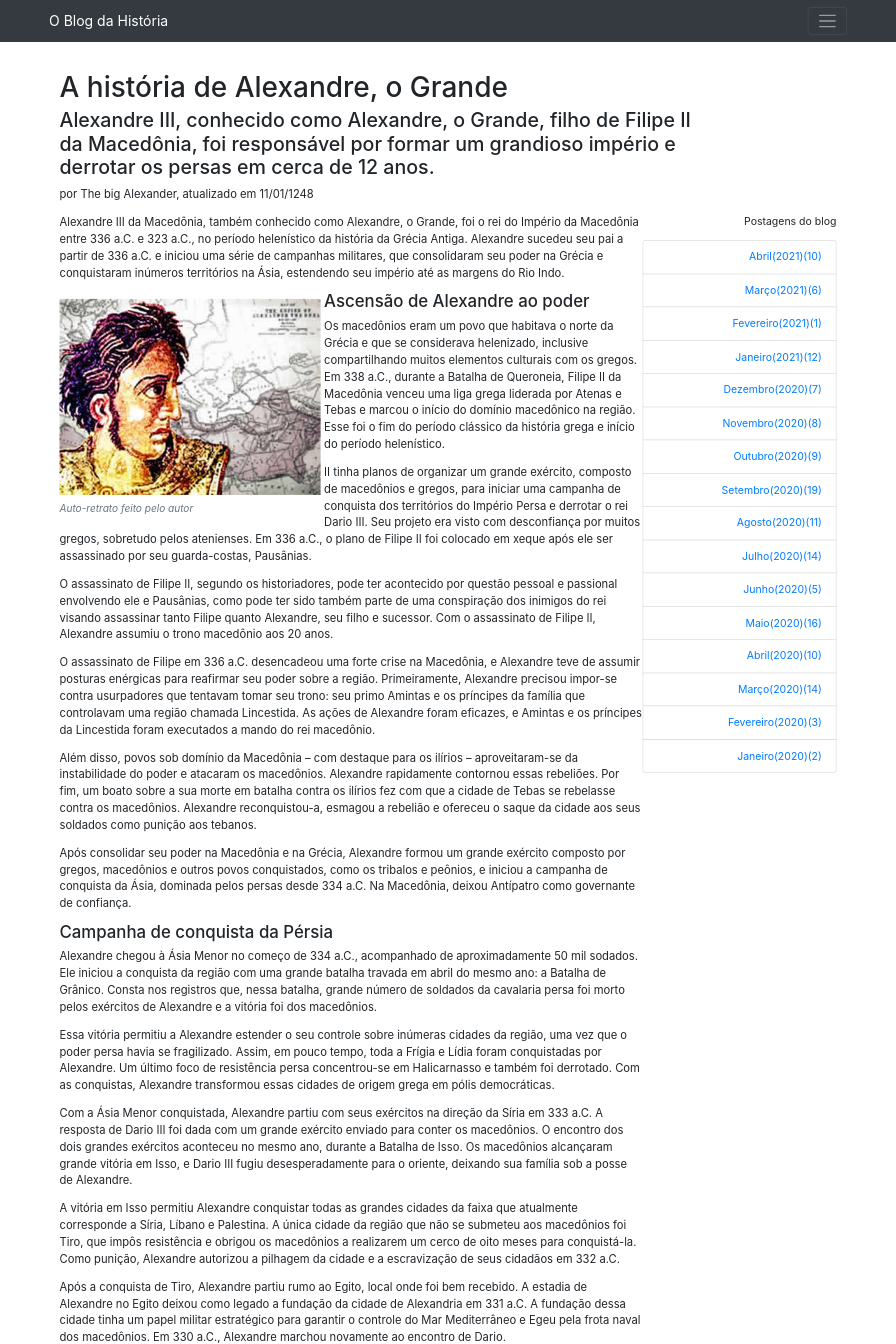
Repository: xhenrique/blog_layout_bootstrap
Page: source/post_2.html
These files come from the project's save history. The page is drawn as it stood at one moment and after the next save; the edit follows.
The browser window is 1280 px wide. The pictures show the part of the page from y = 0 to 1920 px (the page is 2897 px tall before and 2900 px after), at 70% of full size.

Above is the page before, as saved 2021-04-25 00:19:43.

After the next save:
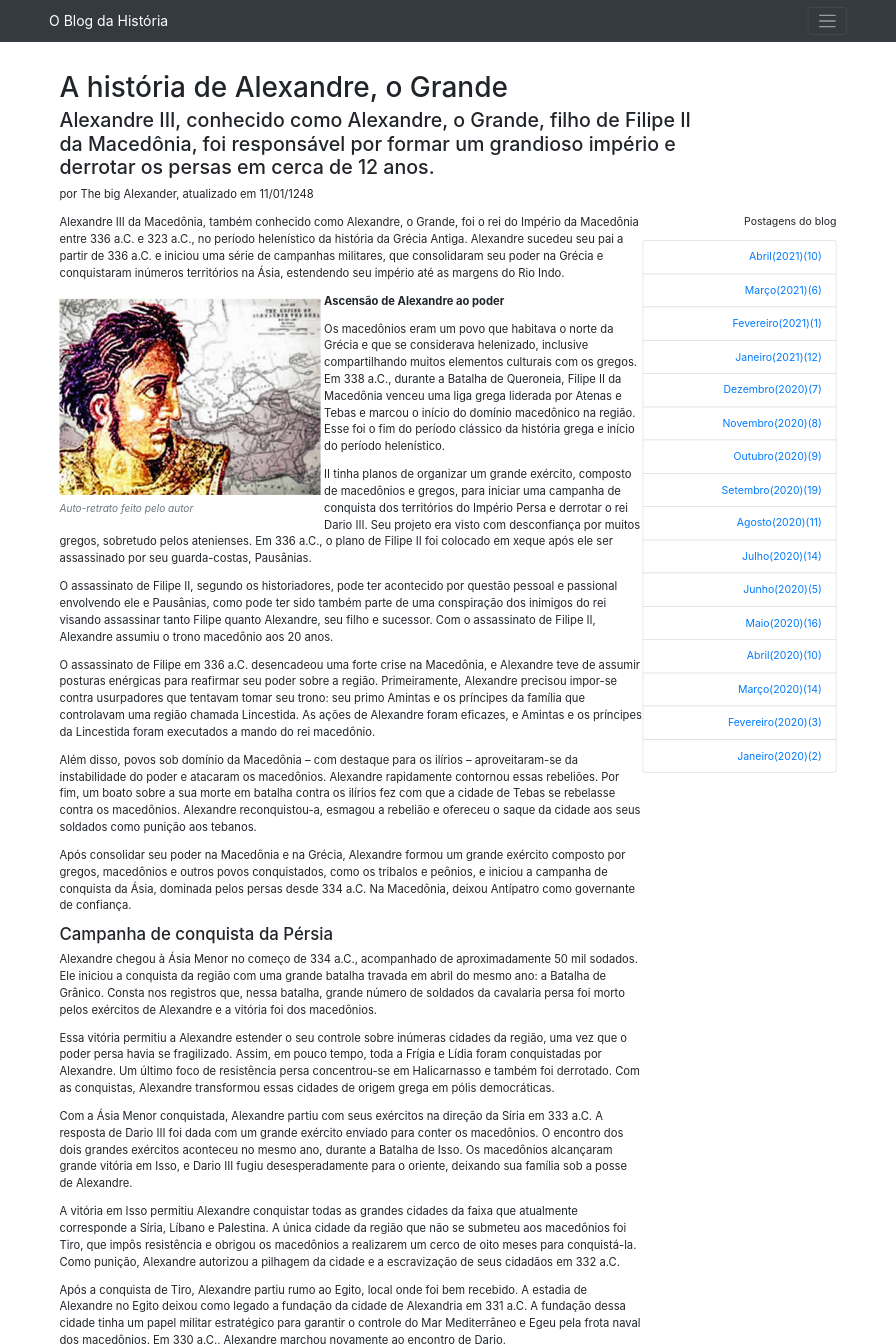
Saved 44 s later.
--- a/source/post_2.html
+++ b/source/post_2.html
@@ -70,7 +70,7 @@
                             <i>Auto-retrato feito pelo autor</i>
                         </figcaption>
                     </figure>
-                    <h4>Ascensão de Alexandre ao poder</h4>
+                    <p><b>Ascensão de Alexandre ao poder</b></p>
                     <p>Os macedônios eram um povo que habitava o norte da Grécia e que se considerava helenizado, inclusive compartilhando muitos elementos culturais com os gregos. Em 338 a.C., durante a Batalha de Queroneia, Filipe II da Macedônia venceu uma liga grega liderada por Atenas e Tebas e marcou o início do domínio macedônico na região. Esse foi o fim do período clássico da história grega e início do período helenístico.</p>
                     <p> II tinha planos de organizar um grande exército, composto de macedônios e gregos, para iniciar uma campanha de conquista dos territórios do Império Persa e derrotar o rei Dario III. Seu projeto era visto com desconfiança por muitos gregos, sobretudo pelos atenienses. Em 336 a.C., o plano de Filipe II foi colocado em xeque após ele ser assassinado por seu guarda-costas, Pausânias.</p>
                     <p>O assassinato de Filipe II, segundo os historiadores, pode ter acontecido por questão pessoal e passional envolvendo ele e Pausânias, como pode ter sido também parte de uma conspiração dos inimigos do rei visando assassinar tanto Filipe quanto Alexandre, seu filho e sucessor. Com o assassinato de Filipe II, Alexandre assumiu o trono macedônio aos 20 anos.
